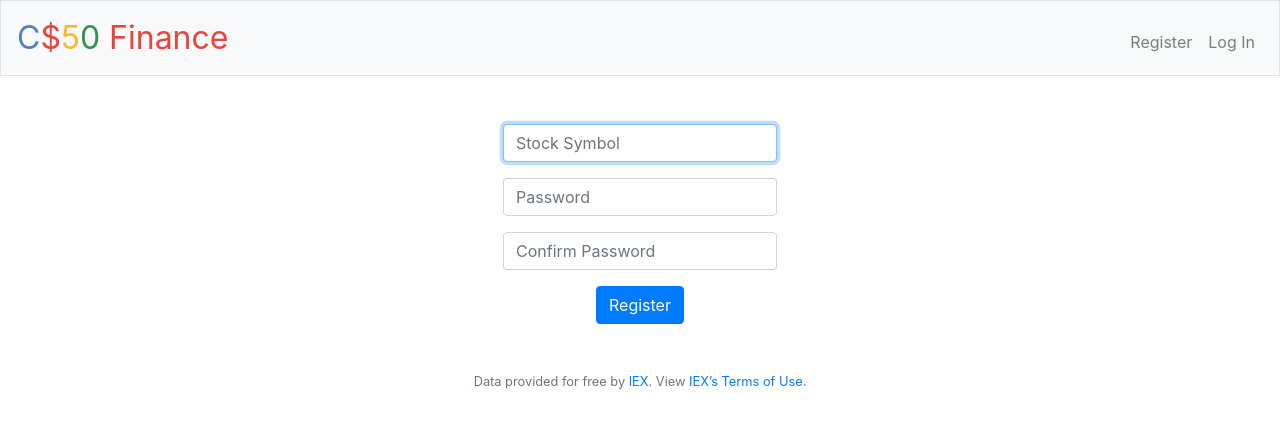
Repository: Mackeyrw/gitTest-CS50
Page: pset8/finance/templates/buy.html
The author's editor kept a record of every edit. The page is drawn from the files as they stood at one moment, then again after the next edit.
The browser window is 1280 px wide. The pictures show the whole page.
The template is drawn by Flask 3. The application's start-up code is not run. The template is opened directly, without the code that normally fills it, so the values that code supplies are empty.

Above is the page before.

After the next edit:
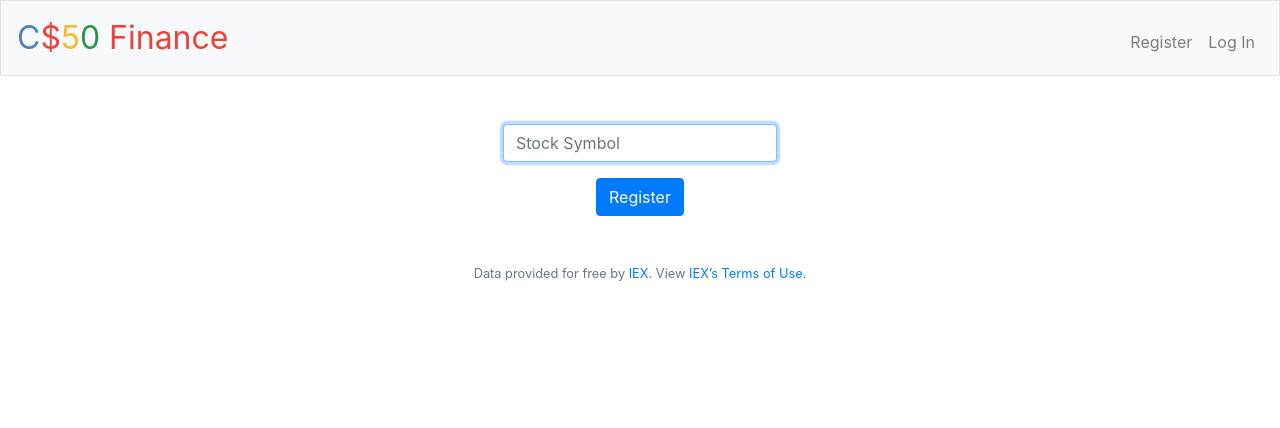
The edit:
--- a/pset8/finance/templates/buy.html
+++ b/pset8/finance/templates/buy.html
@@ -9,12 +9,6 @@
         <div class="form-group">
             <input autocomplete="off" autofocus class="form-control" name="symbol" placeholder="Stock Symbol" type="text">
         </div>
-        <div class="form-group">
-            <input class="form-control" name="password" placeholder="Password" type="password">
-        </div>
-        <div class="form-group">
-            <input class="form-control" name="confirmation" placeholder="Confirm Password" type="password">
-        </div>
         <button class="btn btn-primary" type="submit">Register</button>
     </form>
 {% endblock %}
